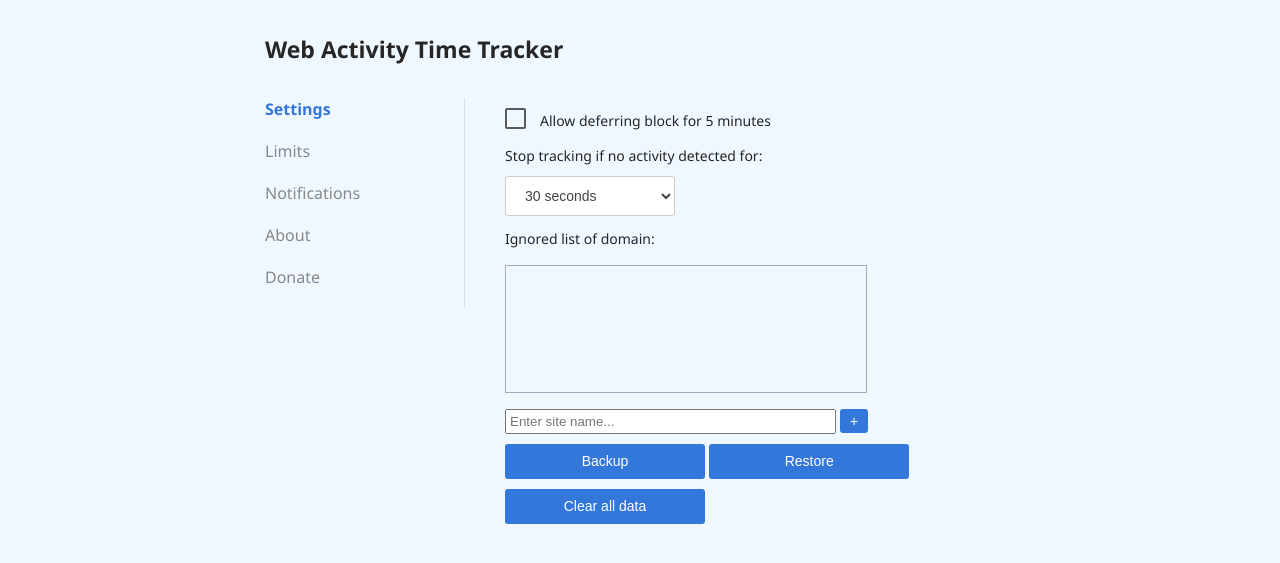
Repository: Inakhoyan/Lab-Project
Page: options.html
These files come from the project's save history. The page is drawn as it stood at one moment and after a run of saves; the edit follows.
The browser window is 1280 px wide. The pictures show the whole page.

Above is the page before, as saved 2022-11-19 00:57:38.
Console error: TypeError: Cannot read properties of null (reading 'addEventListener')

### options.html
<!DOCTYPE html>
<html lang="en">
<head>
    <head>
        <meta charset="utf-8">
        <title>Web Activity Time Tracker</title>
        <!-- <link href="style/picker/standalone.min.css" rel="stylesheet">
        <link href="style/picker/clockpicker.min.css" rel="stylesheet"> -->
        <link href="style/settings.css" rel="stylesheet">
        <script src="scripts/common.js"></script>
        <script src="scripts/storage.js"></script>
        <script src="scripts/settings.js"></script>
        <script src="scripts/restriction.js"></script>
        <script src="scripts/url.js"></script>
        <!-- <script src="scripts/picker/jquery-3.3.1.min.js"></script>
        <script src="scripts/picker/clockpicker.min.js"></script> -->
    </head>
</head>
<body>
    <body>
        <div class="content">
            <div class="header">
                <p class="title">Web Activity Time Tracker</p>
            </div>
            <div id="nav" class="nav">
                <a id="settingsBtn" class="active">Settings</a>
                <a id="restrictionsBtn">Limits</a>
                <a id="notifyBtn">Notifications</a>
                <a id="aboutBtn">About</a>
                <a id="donateBtn">Donate</a>
            </div>
            <div id="block">
                <div id="settingsBlock">

                    <div class="margin-top-10">
                        <label>
                            <input type="checkbox" class="filled-in" id="blockDeferral">
                            <span>Allow deferring block for 5 minutes</span>
                        </label>
                    </div>

                    <div class="margin-top-10">
                        <label>Stop tracking if no activity detected for: </label>
                        <div class="tooltip"><img height="18">
                            <span class="tooltiptext">An activity is an action with a mouse or keyboard</span>
                        </div>
                        <div class="margin-top-10">
                            <select id="intervalInactivity" class="option">
                                <option value="30">30 seconds</option>
                                <option value="45">45 seconds</option>
                                <option value="60">1 min</option>
                                <option value="120">2 min</option>
                                <option value="300">5 mins</option>
                                <option value="600">10 mins</option>
                                <option value="1200">20 mins</option>
                                <option value="1800">30 mins</option>
                            </select>
                        </div>

                        <div class="margin-top-10">
                            <label>Ignored list of domain: </label>
                            <div class="tooltip"><img height="18">
                                <span class="tooltiptext">Activity for these domains not will tracked</span>
                            </div>
                            <div class="margin-top-10">
                                <ul id="blackList" class="listbox" size="7"></ul>
                            </div>
                            <div class="margin-top-10">
                                <input type="text" placeholder="Enter site name..." id="addBlackSiteLbl">
                                <input type="button" value="+" id="addBlackSiteBtn">
                            </div>
                            <div class="notify warning" id="notifyForBlackList" hidden="">
                                The site is already in the list
                            </div>
                        </div>

                        <div class="margin-top-10">
                            <input type="button" value="Backup" id="backup">
                            <input type="button" value="Restore" id="restore">
                            <input id="file-input-backup" class="hidden" type="file" name="backupFile">
                        </div>
                        <div class="notify" id="notify-backup" hidden="">
                            Backup completed successfully
                        </div>
                        <div class="notify" id="notify-restore" hidden="">
                            Restore completed successfully
                        </div>
                        <div class="notify warning" id="notify-restore-failed" hidden="">
                            Backup file is not valid
                        </div>

                        </div>
                        <div class="margin-top-10"><input type="button" value="Clear all data" id="clearAllData"></div>
                        <div class="notify" id="notify" hidden="">
                            Data successfully deleted
                        </div>
                    </div>
                </div>
                <div id="restrictionsBlock" hidden="">
                    <label>Access daily restrictions for websites: </label>
                    <div class="tooltip"><img src="/icons/information.svg" height="18">
                        <span class="tooltiptext">Set the maximum time allowed on the site per day. After this time, has elapsed the site will be blocked.
                            Restrictions can be configured for specific paths on a site as well.</span>
                    </div>
                    <div class="margin-top-10">
                        <input type="text" class="label-with-list" placeholder="Enter site name..." id="addRestrictionSiteLbl">
                        <div class="inline-block clockpicker" data-placement="left" data-align="top" data-autoclose="true">
                            <input type="text" class="clock" placeholder="Time..." readonly="" id="addRestrictionTimeLbl">
                        </div>
                        <input type="button" value="+" class="btn-with-list" id="addRestrictionSiteBtn">
                    </div>
                    <div class="margin-top-10">
                        <ul id="restrictionsList" class="listbox list" size="10"></ul>
                    </div>
                    <div class="notify warning notify-width-300" id="notifyForRestrictionList" hidden="">
                        The site is already in the list
                    </div>
                </div>



            </div>
        </div>



    </body>
</body>
</html>

### style/settings.css
body {
    font-family: "Segoe UI", Tahoma, sans-serif !important;
    color: #262626;
    background-color: aliceblue;
}

.content {
    width: 750px;
    margin: 10px auto;
    display: grid;
    grid-template-columns: 200px auto;
    grid-column-gap: 40px;
    grid-template-areas: 'h h' 'n m';
}

.title{
    font-size: 23px;
    font-weight: 650;
}

.header{
    grid-area: h;
    margin: 0 0 10px;
    font-size: 20px;
}

a {
    color: #3477db;
    text-decoration: none;
    cursor: pointer;
}

.nav{
    grid-area: n;
    border-right: 1px solid #ddd;
    padding-right: 15px;
    align-self: start;
}

.nav a {
    font-size: 16px;
    margin-bottom: 20px;
    color: #888;
    display: block;
}

.nav a:hover {
    font-size: 16px;
    margin-bottom: 20px;
    color: #3477db;
    display: block;
    font-weight: 650;
}

.nav .active {
    color: #3477db;
    font-weight: bold;
}

label{
    font-size: 14px;
}

[type="checkbox"]:not(:checked),[type="checkbox"]:checked {
    position: absolute;
    opacity: 0;
    pointer-events: none
}

[type="checkbox"]+span {
    position: relative;
    padding-left: 35px;
    cursor: pointer;
    display: inline-block;
    height: 25px;
    line-height: 25px;
    font-size: 14px;
    -webkit-user-select: none;
    -moz-user-select: none;
    -ms-user-select: none;
    user-select: none
}

[type="checkbox"]+span:before,[type="checkbox"]:not(.filled-in)+span:after {
    content: '';
    position: absolute;
    top: 0;
    left: 0;
    width: 18px;
    height: 18px;
    z-index: 0;
    border: 2px solid #5a5a5a;
    border-radius: 1px;
    margin-top: 3px;
}

[type="checkbox"]:not(:checked):disabled+span:before {
    border: none;
    background-color: rgba(0,0,0,0.42)
}

[type="checkbox"]:checked:disabled+span:before {
    border-right: 2px solid rgba(0,0,0,0.42);
    border-bottom: 2px solid rgba(0,0,0,0.42)
}

[type="checkbox"].filled-in+span:after {
    border-radius: 2px
}

[type="checkbox"].filled-in+span:before,[type="checkbox"].filled-in+span:after {
    content: '';
    left: 0;
    position: absolute;
    z-index: 1
}

[type="checkbox"].filled-in:not(:checked)+span:before {
    width: 0;
    height: 0;
    border: 3px solid transparent;
    left: 6px;
    top: 10px;
    -webkit-transform: rotateZ(37deg);
    transform: rotateZ(37deg);
    -webkit-transform-origin: 100% 100%;
    transform-origin: 100% 100%
}

[type="checkbox"].filled-in:not(:checked)+span:after {
    height: 17px;
    width: 17px;
    background-color: transparent;
    border: 2px solid #5a5a5a;
    top: 0px;
    z-index: 0
}

[type="checkbox"].filled-in:checked+span:before {
    top: -3px;
    left: -2px;
    width: 7px;
    height: 12px;
    border-top: 3px solid transparent;
    border-left: 3px solid transparent;
    border-right: 3px solid #fff;
    border-bottom: 3px solid #fff;
    -webkit-transform: rotateZ(35deg);
    transform: rotateZ(35deg);
    -webkit-transform-origin: 100% 100%;
    transform-origin: 100% 100%
}

[type="checkbox"].filled-in:checked+span:after {
    top: 0;
    width: 17px;
    height: 17px;
    border: 2px solid #3477db;
    background-color: #3477db;
    z-index: 0
}

input[type="button"]{
    background: #3477db;
    color: #fff;
    border-radius: 3px;
    height: 35px;
    line-height: 35px;
    padding: 0 20px;
    border: 0;
    font-size: 14px;
    font-weight: 500;
    cursor: pointer;
    min-width: 80px;
    text-align: center;
    width: 200px;
}

input[type="button"]:hover {
    background: #5c9dfe;
    text-decoration: none;
  }


  input[type="button"][disabled]{
    border: 1px solid #999999;
    background-color: #cccccc;
    color: #666666;
  }

.margin-top-10{
      margin-top: 10px;
  }

.margin-top-20{
    margin-top: 20px;
}

.margin-left-5{
    margin-left: 5px;
}

.option {
    min-width: 170px;
    color: #444;
    background: #fff;
    border-radius: 3px;
    margin: 0;
    padding: 10px 30px 10px 15px;
    font-size: 14px;
    border-color: #ccc;
    position: relative;
    cursor: pointer;
}

.tooltip {
    position: relative;
    display: inline-block;
  }

  /* Tooltip text */
  .tooltip .tooltiptext {
    visibility: hidden;
    width: 250px;
    background-color: #555;
    color: #fff;
    text-align: center;
    padding: 5px;
    border-radius: 6px;

    /* Position the tooltip text */
    position: absolute;
    z-index: 1;
    transform: translateX(-50%) translateY(-120%);

    /* Fade in tooltip */
    opacity: 0;
    transition: opacity 0.3s;
  }

  /* Show the tooltip text when you mouse over the tooltip container */
  .tooltip:hover .tooltiptext {
    visibility: visible;
    opacity: 1;
  }

  .hidden{
      display: none !important;
  }

  .notify{
    width: 220px;
    height: 27px;
    margin: auto;
    background-color: rgb(21, 104, 0);
    color: rgb(255, 255, 255);
    text-align: center;
    font-weight: 600;
    border-radius: 5px;
    position: fixed;
    z-index: 1;
    top: 10px;
    right: 20px;
    font-size: 15px;
    white-space: nowrap;
    padding: 10px;
  }

  .listbox{
      overflow-y: auto;
      width: 350px;
      height: 120px;
      padding: 3px;
      padding: 3px 5px 3px 5px;
      border: 1px solid rgb(172, 169, 169);
  }

  .listbox img{
      float: right;
      cursor: pointer;
  }

  #addBlackSiteLbl{
      width: 321px;
      height: 15px;
      padding: 3px;
  }

  #addBlackSiteBtn{
    height: 24px !important;
    line-height: 20px !important;
    padding: 0 5px !important;
    min-width: 20px !important;
    width: 28px !important;
  }

  .label-with-list{
    width: 333px;
    height: 15px;
    padding: 3px;
}

.btn-with-list{
  height: 24px !important;
  line-height: 20px !important;
  padding: 0 5px !important;
  min-width: 20px !important;
  width: 28px !important;
}

.list{
    width: 440px;
    height: 250px;
}

.clock{
    width: 65px;
    height: 15px;
    padding: 3px;
}

.clock-li-readonly{
    border: none;
    margin-left: -3px;
}

.inline-block{
    display: inline-block !important;
}

.block{
    display: block;
}

.notify.warning{
    background-color: rgb(219, 93, 104);
}

.notify-width-300{
    width: 300px !important;
}

.button:hover,
.button:active,
.button:focus,

.bold{
    font-weight: 650;
}

### scripts/common.js
var RangeForDays = {
    days2: 'days2',
    days3: 'days3',
    days4: 'days4',
    days5: 'days5',
    days6: 'days6',
    days7: 'days7',
    month1: 'month1',
    month2: 'month2',
    month3: 'month3'
};

var InactivityInterval = {
    second30: 30,
    second45: 45,
    min1: 60,
    min2: 120,
    min5: 300,
    min10: 600,
    min20: 1200,
    min30: 1800
};

var TypeListEnum = {
    ToDay: 1,
    All: 2,
    ByDays: 3,
};

var STORAGE_TABS = 'tabs';
var STORAGE_BLACK_LIST = 'black_list';
var STORAGE_RESTRICTION_LIST = 'restriction_list';
var STORAGE_NOTIFICATION_LIST = 'notification_list';
var STORAGE_NOTIFICATION_MESSAGE = 'notification_message';
var STORAGE_TIMEINTERVAL_LIST = 'time_interval';

var DEFERRED_TIMEOUT = 300000;

var SETTINGS_INTERVAL_INACTIVITY_DEFAULT = InactivityInterval.second30;
var SETTINGS_INTERVAL_CHECK_DEFAULT = 1000;
var SETTINGS_INTERVAL_SAVE_STORAGE_DEFAULT = 5000;
var SETTINGS_INTERVAL_RANGE_DEFAULT = RangeForDays.days7;
var SETTINGS_VIEW_TIME_IN_BADGE_DEFAULT = true;
var SETTINGS_BLOCK_DEFERRAL_DEFAULT = true;
var SETTINGS_DARK_MODE_DEFAULT = false;
var SETTINGS_SHOW_HINT_DEFAULT = true;
var STORAGE_NOTIFICATION_MESSAGE_DEFAULT = 'You have spent a lot of time on this site';

var SETTINGS_INTERVAL_INACTIVITY = 'inactivity_interval';
var SETTINGS_INTERVAL_SAVE_STORAGE = 'interval_save_in_storage';
var SETTINGS_INTERVAL_RANGE = 'range_days';
var SETTINGS_DARK_MODE = 'night_mode';
var SETTINGS_VIEW_TIME_IN_BADGE = 'view_time_in_badge';
var SETTINGS_BLOCK_DEFERRAL = 'view_block_deferral';
var SETTINGS_SHOW_HINT = 'show_hint';

function isEmpty(obj) {
    for (var prop in obj) {
        if (obj.hasOwnProperty(prop))
            return false;
    }

    return JSON.stringify(obj) === JSON.stringify({});
}

function convertTimeToSummaryTime(time) {
    var resultTimeValue = Number(time);
    if (!isNaN(resultTimeValue)){
        return resultTimeValue;
    }

    var timeValue = time.split(':');
    var hour = timeValue[0];
    var min = timeValue[1];
    resultTimeValue = 0;
    if (hour > 0)
        resultTimeValue = hour * 3600;
    resultTimeValue += min * 60;

    return resultTimeValue;
}

function convertSummaryTimeToBadgeString(summaryTime) {
    var sec = (summaryTime);
    var min = (summaryTime / 60).toFixed(0);
    var hours = (summaryTime / (60 * 60)).toFixed(1);
    var days = (summaryTime / (60 * 60 * 24)).toFixed(0);

    if (sec < 60) {
        return sec + "s";
    } else if (min < 60) {
        return min + "m";
    } else if (hours < 24) {
        return hours + "h";
    } else {
        return days + "d"
    }
}

function convertShortSummaryTimeToString(summaryTime) {
    var hours = Math.floor(summaryTime / 3600);
    var totalSeconds = summaryTime % 3600;
    var mins = Math.floor(totalSeconds / 60);

    hours = zeroAppend(hours);
    mins = zeroAppend(mins);

    return hours + 'h : ' + mins + 'm';
}

function convertShortSummaryTimeToLongString(summaryTime) {
    var hours = Math.floor(summaryTime / 3600);
    var totalSeconds = summaryTime % 3600;
    var mins = Math.floor(totalSeconds / 60);

    hours = zeroAppend(hours);
    mins = zeroAppend(mins);

    return hours + ' hour ' + mins + ' minutes';
}

function getArrayTime(summaryTime) {
    var days = Math.floor(summaryTime / 3600 / 24);
    var totalHours = summaryTime % (3600 * 24);
    var hours = Math.floor(totalHours / 3600);
    var totalSeconds = summaryTime % 3600;
    var mins = Math.floor(totalSeconds / 60);
    var seconds = totalSeconds % 60;

    days = zeroAppend(days);
    hours = zeroAppend(hours);
    mins = zeroAppend(mins);
    seconds = zeroAppend(seconds);

    return {
        'days': days,
        'hours': hours,
        'mins': mins,
        'seconds': seconds
    };
}

function convertSummaryTimeToString(summaryTime) {
    var days = Math.floor(summaryTime / 3600 / 24);
    var totalHours = summaryTime % (3600 * 24);
    var hours = Math.floor(totalHours / 3600);
    var totalSeconds = summaryTime % 3600;
    var mins = Math.floor(totalSeconds / 60);
    var seconds = totalSeconds % 60;

    hours = zeroAppend(hours);
    mins = zeroAppend(mins);
    seconds = zeroAppend(seconds);

    if (days > 0)
        return days + 'd ' + hours + 'h ' + mins + 'm ' + seconds + 's';
    else return hours + 'h ' + mins + 'm ' + seconds + 's';
}

function zeroAppend(time) {
    if (time < 10)
        return '0' + time;
    else return time;
}

function isDateInRange(dateStr, range) {
    return new Date(dateStr) >= range.from && new Date(dateStr) <= range.to;
}

function isCorrectDate(range) {
    return range.from.getFullYear() >= 2019 && range.to.getFullYear() >= 2019;
}

function getDateFromRange(range) {
    switch (range) {
        case 'days2':
            return 2;
        case 'days3':
            return 3;
        case 'days4':
            return 4;
        case 'days5':
            return 5;
        case 'days6':
            return 6;
        case 'days7':
            return 7;
        case 'month1':
            return 30;
        case 'month2':
            return 60;
        case 'month3':
            return 90;
    }
}

function treatAsUTC(date) {
    var result = new Date(date);
    result.setMinutes(result.getMinutes() - result.getTimezoneOffset());
    return result;
}

function daysBetween(startDate, endDate) {
    var millisecondsPerDay = 24 * 60 * 60 * 1000;
    return ((treatAsUTC(endDate) - treatAsUTC(startDate)) / millisecondsPerDay) + 1;
}

function todayLocalDate(){
    return new Date().toLocaleDateString('en-US');
}

### scripts/storage.js
'use strict';

class LocalStorage {
    loadTabs(name, callback, callbackIsUndefined) {
        chrome.storage.local.get(name, function(item) {
            if (item[name] !== undefined) {
                var result = item[name];
                if (result !== undefined)
                    callback(result);
            } else {
                if (callbackIsUndefined !== undefined)
                    callbackIsUndefined();
            }
        });
    }

    saveTabs(value, callback) {
        chrome.storage.local.set({ tabs: value });
        if (callback !== undefined)
            callback();
    }

    saveValue(name, value) {
        chrome.storage.local.set({
            [name]: value
        });
    }

    getValue(name, callback) {
        chrome.storage.local.get(name, function(item) {
            if (item !== undefined) {
                callback(item[name]);
            }
        });
    }

    getMemoryUse(name, callback) {
        chrome.storage.local.getBytesInUse(name, callback);
    };
}

### scripts/restriction.js
'use strict';

class Restriction {
    constructor(url, time) {
        this.url = new Url(url);
        this.time = convertTimeToSummaryTime(time);
    }
};

class Notification{
    constructor(url, time) {
        this.url = new Url(url);
        this.time = convertTimeToSummaryTime(time);
    }
};

### scripts/url.js
"use strict";

class Url {
  constructor(url) {
    if (url instanceof URL) {
      item = url;
    } else if (typeof url === "string") {
      if (url.indexOf("//") === -1) {
        url = "http://" + url;
      }
    } else {
      this.href = url.href;
      this.host = url.host;
      this.path = url.path;
      return;
    }

    var item = new URL(url);

    this.href = item.href;
    this.host = item.hostname;
    this.path = item.pathname === "/" ? "" : item.pathname;
  }

  isMatch(url) {
    if (!url) {
      return false;
    }

    try {
      url = url instanceof Url ? url : new Url(url);
    } catch {
      return false;
    }

    return this.isHostMatch(url.host) && this.isPathMatch(url.path);
  }

  isHostMatch(host) {
    if (host === this.host) {
      return true;
    }

    var thisHostParts = this.host.split(".").reverse();

    var hostParts = host.split(".").reverse();

    var result = thisHostParts.every((part, i) => hostParts[i] === part);

    return result;
  }

  isPathMatch(path) {
    var result = this.path === '' || path === this.path  || path.indexOf(this.path) === 0;

    return result;
  }

  getId() {
    return this.host + this.path.replace(/\//g, "-");
  }

  toString() {
    return this.host + this.path;
  }
}

Loaded but not shown: scripts/settings.js (531 lines, source omitted)

After the next 2 saves:
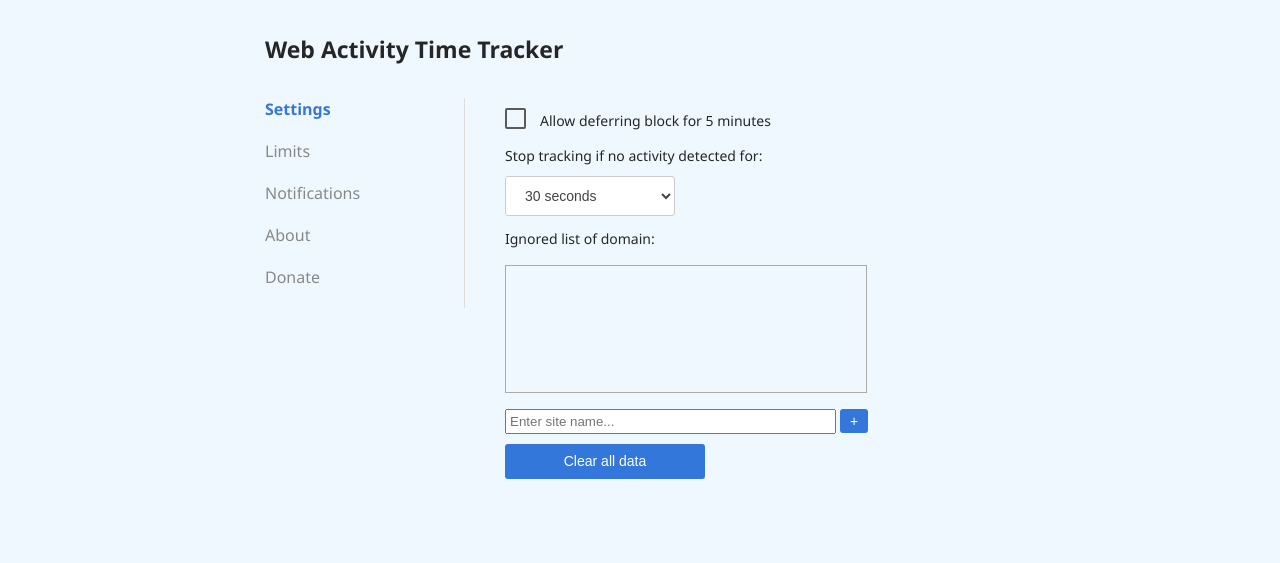
The 2 saves are shown as one change because they came seconds apart.
The last was saved 46 s later.
--- a/options.html
+++ b/options.html
@@ -74,11 +74,6 @@
                             </div>
                         </div>
 
-                        <div class="margin-top-10">
-                            <input type="button" value="Backup" id="backup">
-                            <input type="button" value="Restore" id="restore">
-                            <input id="file-input-backup" class="hidden" type="file" name="backupFile">
-                        </div>
                         <div class="notify" id="notify-backup" hidden="">
                             Backup completed successfully
                         </div>
